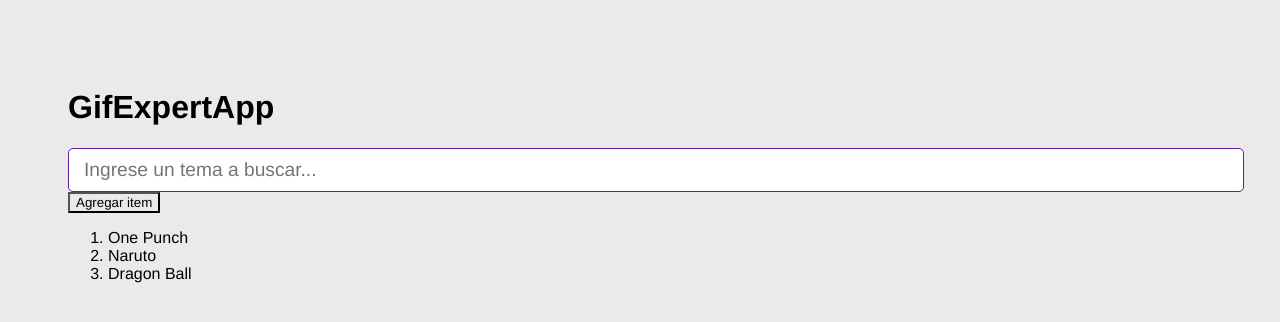
Repository: AlanColliDev/CursoReact
Page: /
The author's editor kept a copy of each file at every save. The page is drawn from the files as they stood at one save, then again after the next save.
The browser window is 1280 px wide. The pictures show the whole page.
The project was rebuilt for these pictures with package versions that can differ from the ones it lists, and the page was loaded fresh each time. Also part of the build but not shown: vite.config.js.

Above is the page before, as saved 2022-07-07 00:55:33.

### src/main.jsx
import React from 'react';
import ReactDOM from 'react-dom/client';
import { GifExpertApp } from './GifExpertApp';
import './styles.css';

ReactDOM.createRoot(document.getElementById('root')).render(
  <React.StrictMode>
    {/* titulo de la app */}
    <GifExpertApp />
  </React.StrictMode>
)

### src/GifExpertApp.jsx
import { AddCategory } from './AddCategory';
import { useState } from 'react';
/**Se le pone el JSX porque no es unicamente un archivo JS, ya que en su interior contendrá un functional component */
// import React from 'react' --despues de la v17 de react ya no es necesario estarlo importando en cada file
export const GifExpertApp = () => {

   const [categories, setCategories] = useState([ 'One Punch', 'Naruto', 'Dragon Ball' ])

   const OnAddCategory = () => {
      setCategories( ['Ghost', ...categories] );
   }

   return (
   <>
      {/* Este es el titulo del componente */}
      <h1>GifExpertApp</h1>

      {/* Input de Buscador */}
      <AddCategory></AddCategory>

      {/* Lista de Gif Item */}
      <button onClick={OnAddCategory}>Agregar item</button>
      <ol>
         {categories.map( item => {
            return <li key={item}>{item}</li>
         })}

      </ol>
         {/* Item Gif */}

   </>
  )
}

### src/AddCategory.jsx
import { useState } from 'react';


export const AddCategory = () => {

    const [category, setCategory] = useState('PXNDX');

    return (
        <input
            type="text"
            placeholder="Ingrese un tema a buscar..."
        />
    )
}

Loaded but not shown: index.html (common file); src/styles.css (common file)

After the next save:
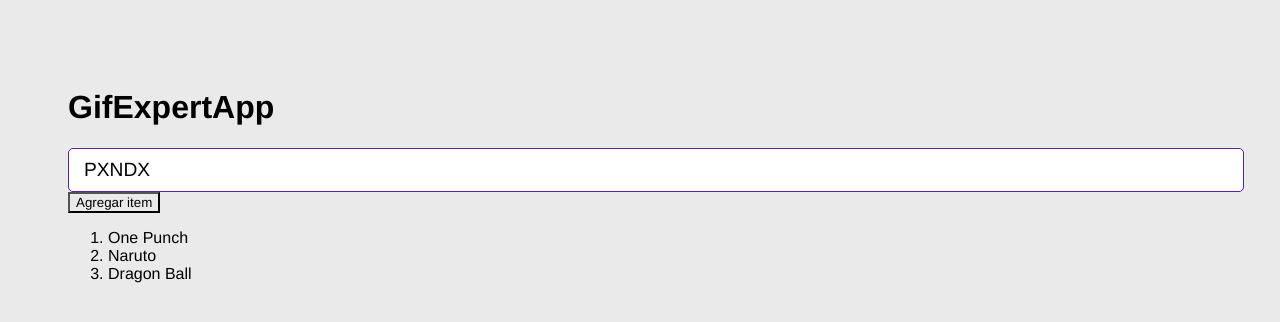
Saved 10 s later.
--- a/src/AddCategory.jsx
+++ b/src/AddCategory.jsx
@@ -9,6 +9,7 @@
         <input
             type="text"
             placeholder="Ingrese un tema a buscar..."
+            value={category}
         />
     )
 }
